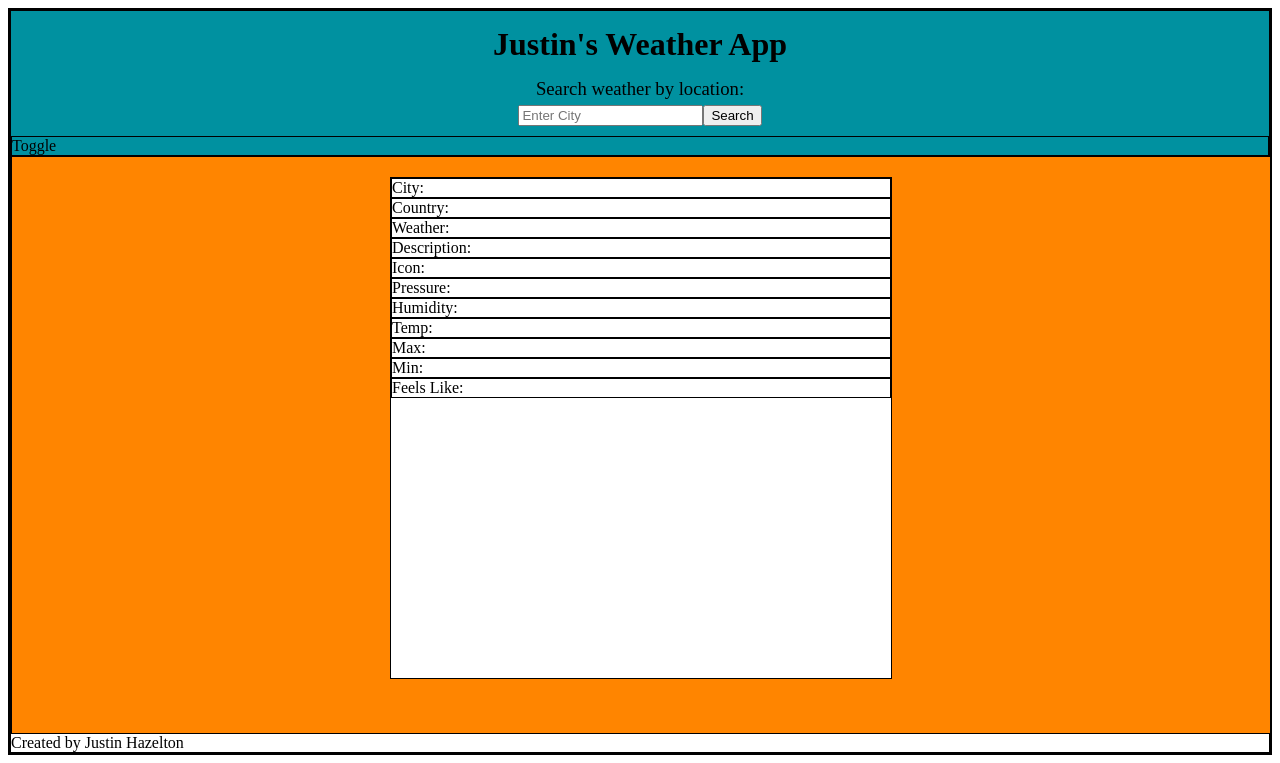
Repository: J-Haze/Weather
Page: /
The author's editor kept a copy of each file at every save. The page is drawn from the files as they stood at one save, then again after the next save.
The browser window is 1280 px wide. The pictures show the whole page.
The project was rebuilt for these pictures with package versions that can differ from the ones it lists, and the page was loaded fresh each time. Also part of the build but not shown: src/index.css.

Above is the page before, as saved 2020-09-06 17:40:49.

After the next save:
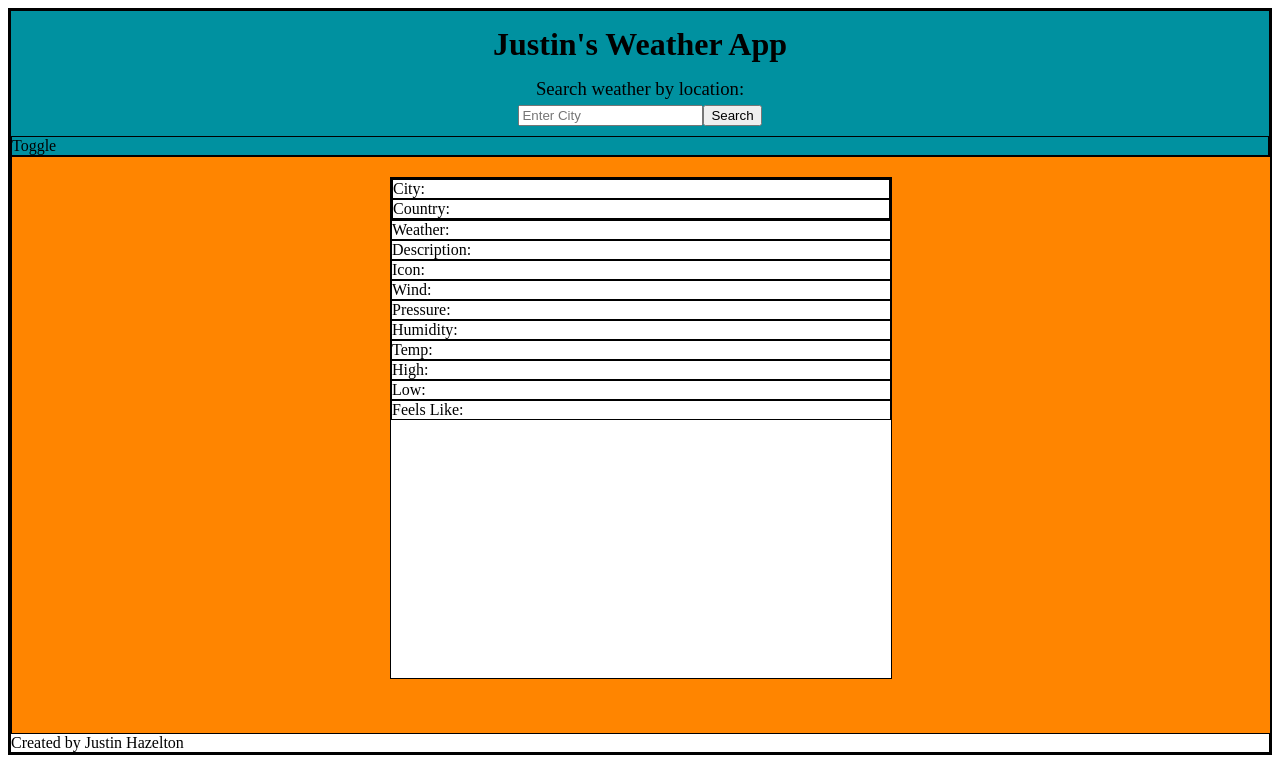
Saved 62 min 36 s later.
--- a/src/components/Weather.js
+++ b/src/components/Weather.js
@@ -22,6 +22,7 @@ const Weather = () => {
     const [icon, setIcon] = useState("");
     const [pressure, setPressure] = useState("");
     const [humidity, setHumidity] = useState("");
+    const [wind, setWind] = useState("");
 
     const [temp, setTemp] = useState("");
     const [max, setMax] = useState("");
@@ -110,20 +111,24 @@ const Weather = () => {
             </header>
             <div id="results-section">
                 <div id="results-card">
-                    <div>City: {city}</div>
-                    {/* <div>State: {state}</div> */}
-                    <div>Country: {country}</div>
-                    <div>Weather: {weather}</div>
-                    <div>Description: {description}</div>
-                    <div>Icon: {icon}</div>
+                    <div className="location">
+                        <div className="city">City: {city}</div>
+                        {/* <div>State: {state}</div> */}
+                        <div className="country">Country: {country}</div>
+                    </div>
+                    <div className="weather">Weather: {weather}</div>
+                    <div className="description">Description: {description}</div>
+                    <div className="icon">Icon: {icon}</div>
                     {/* ^^Get picture based on what the icon data is */}
-                    <div>Pressure: {pressure}</div>
-                    <div>Humidity: {humidity}</div>
 
-                    <div>Temp: {temp}</div>
-                    <div>Max: {max}</div>
-                    <div>Min: {min}</div>
-                    <div>Feels Like: {feel}</div>
+                    <div className="wind">Wind: {wind}</div>
+                    <div className="pressure">Pressure: {pressure}</div>
+                    <div className="humidity">Humidity: {humidity}</div>
+
+                    <div className="temp">Temp: {temp}</div>
+                    <div className="max">High: {max}</div>
+                    <div className="min">Low: {min}</div>
+                    <div className="feel">Feels Like: {feel}</div>
                 </div>
             </div>
             <footer>
